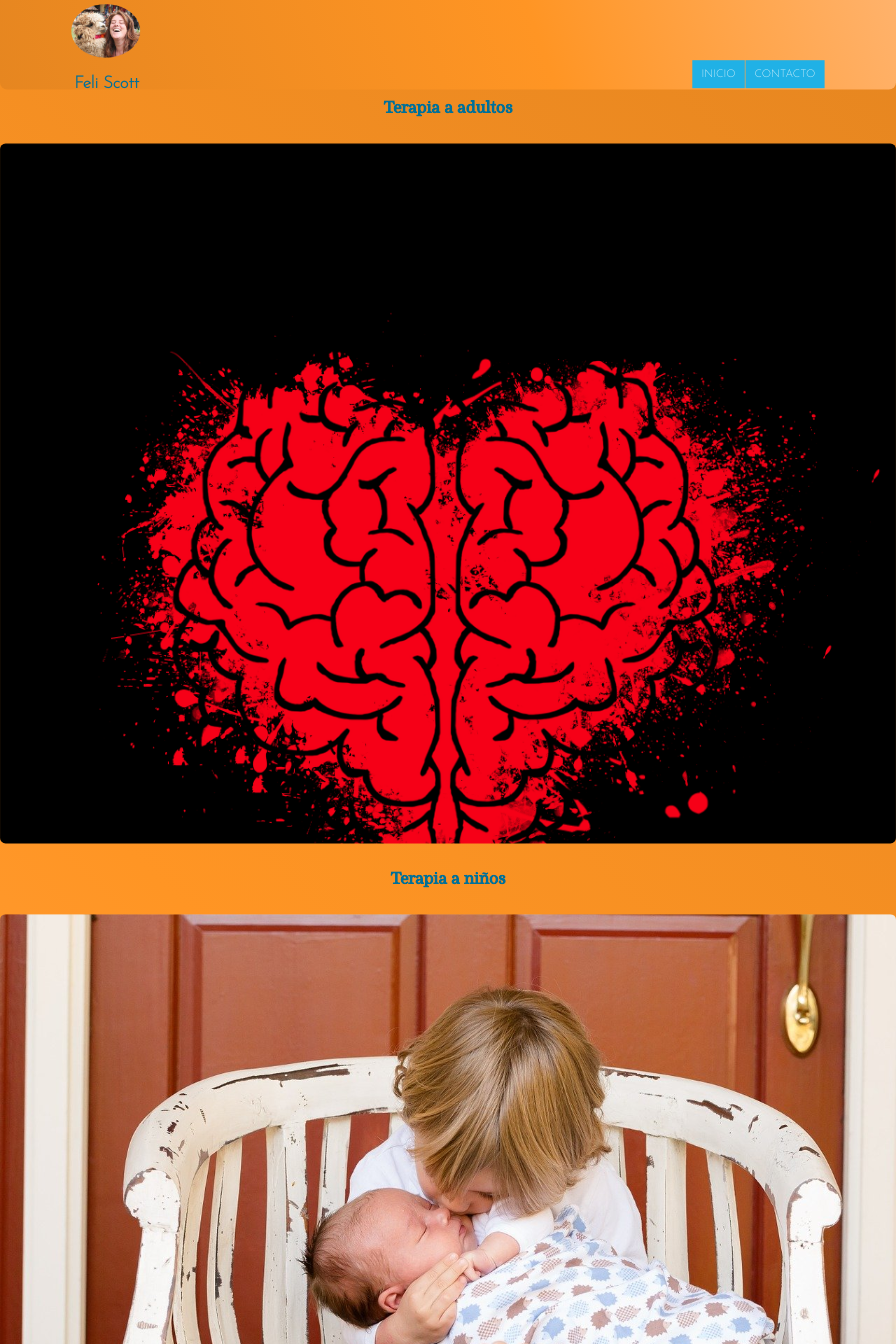
Repository: Jogalso/webPsicologa
Page: /
The author's editor kept a copy of each file at every save. The page is drawn from the files as they stood at one save, then again after the next save.
The browser window is 1280 px wide. The pictures show the part of the page from y = 0 to 1920 px (the page is 5217 px tall before and 5349 px after), at 70% of full size.
Backgrounds fixed to the window are drawn as part of the page. The project was rebuilt for these pictures with package versions that can differ from the ones it lists, and the page was loaded fresh each time. Some packages were replaced by stand-ins written for this rebuild. The framework's server and built-in components were replaced by stand-ins that run in the browser.

Above is the page before, as saved 2021-07-14 14:57:49.

After the next save:
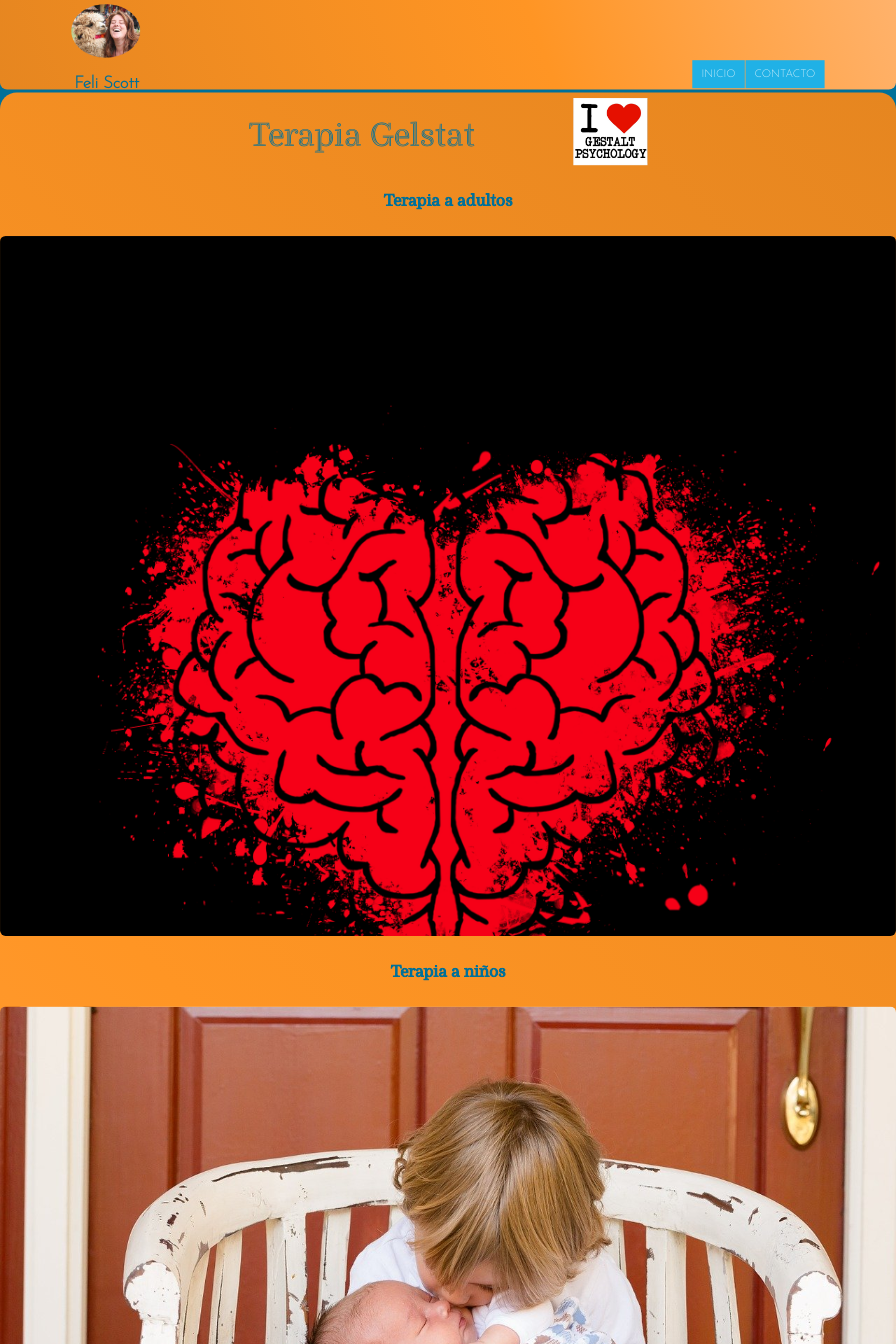
Saved 11 s later.
--- a/components/Header.jsx
+++ b/components/Header.jsx
@@ -49,8 +49,6 @@
                         margin-bottom: 0.3vw;
                         display: flex;
                         height: 10vw;
-                        position: fixed;
-                        width: 100%;
                         justify-content: space-between;
 
                     }

After the save that followed:
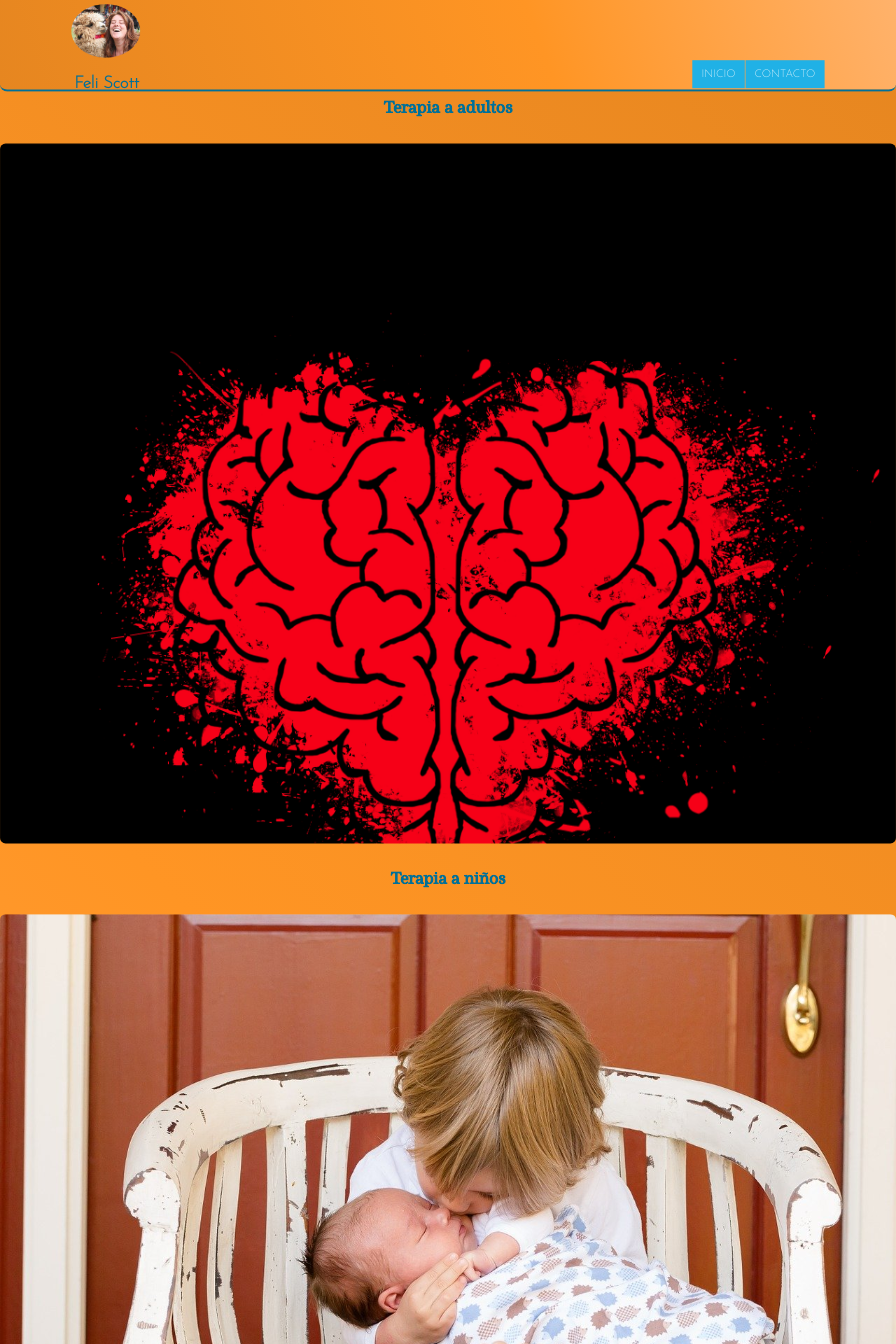
Saved 90 s later.
--- a/components/Header.jsx
+++ b/components/Header.jsx
@@ -46,10 +46,12 @@
                         background: linear-gradient(70deg,#E68620 0, #FF9524 60%, #FFB26B);
                         border-bottom-right-radius: 0.8vw;
                         border-bottom-left-radius: 0.8vw;
-                        margin-bottom: 0.3vw;
                         display: flex;
                         height: 10vw;
+                        position: fixed;
+                        width: 100%;
                         justify-content: space-between;
+                        border-bottom: 0.3vw solid #007099;
 
                     }
                     .HeaderScrolled{
